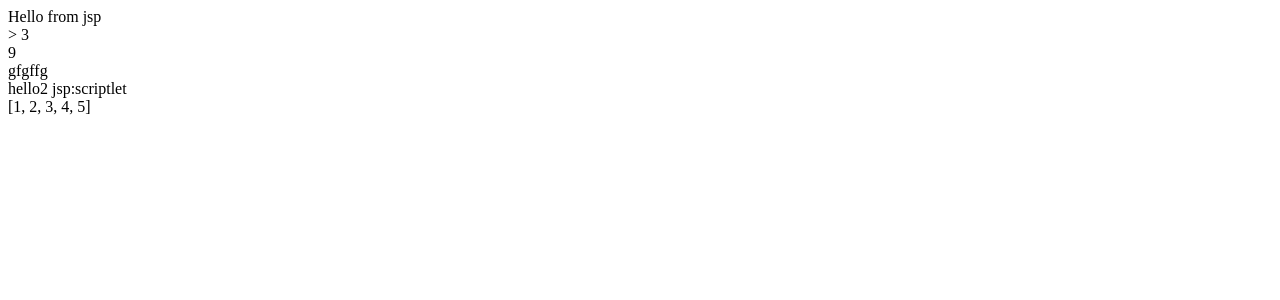
Repository: Marat1988/ExampleProgrammingLanguage
Page: http://localhost/MyWeb/index.jsp
An editor plug-in stored every save of this project. The page is shown before and after the next save, followed by the edit.
The browser window is 1280 px wide. The pictures show the whole page.
The page is served by Tomcat 10. Nobody is signed in. The application's start-up code is not run.

Above is the page before, as saved 2023-08-18 21:17:09.

After the next save:
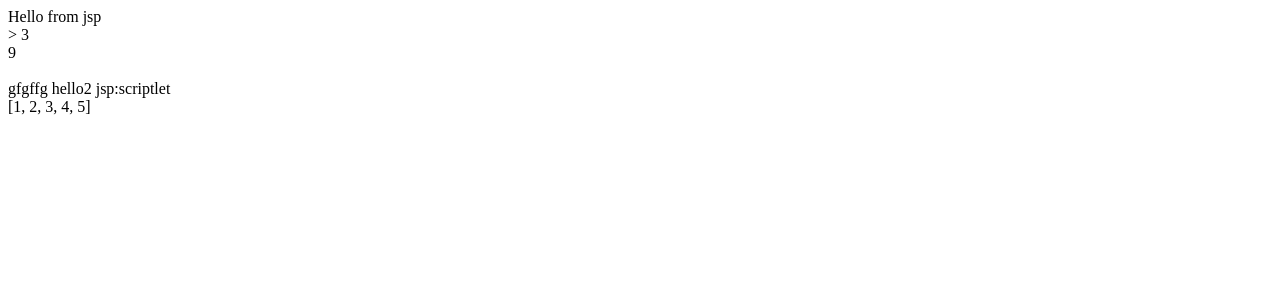
Saved 47 s later.
--- a/Java/JavaEE/MyWeb/src/main/webapp/index.jsp
+++ b/Java/JavaEE/MyWeb/src/main/webapp/index.jsp
@@ -34,9 +34,11 @@
 	out.println("<br>");
 	out.println(sum(5, 4));
 	out.println("<br>");
+	%>
+	<br>
+	<%
 	out.println(s2);
 	%>
-	<br>
 
 	<%
 	out.println(s);
